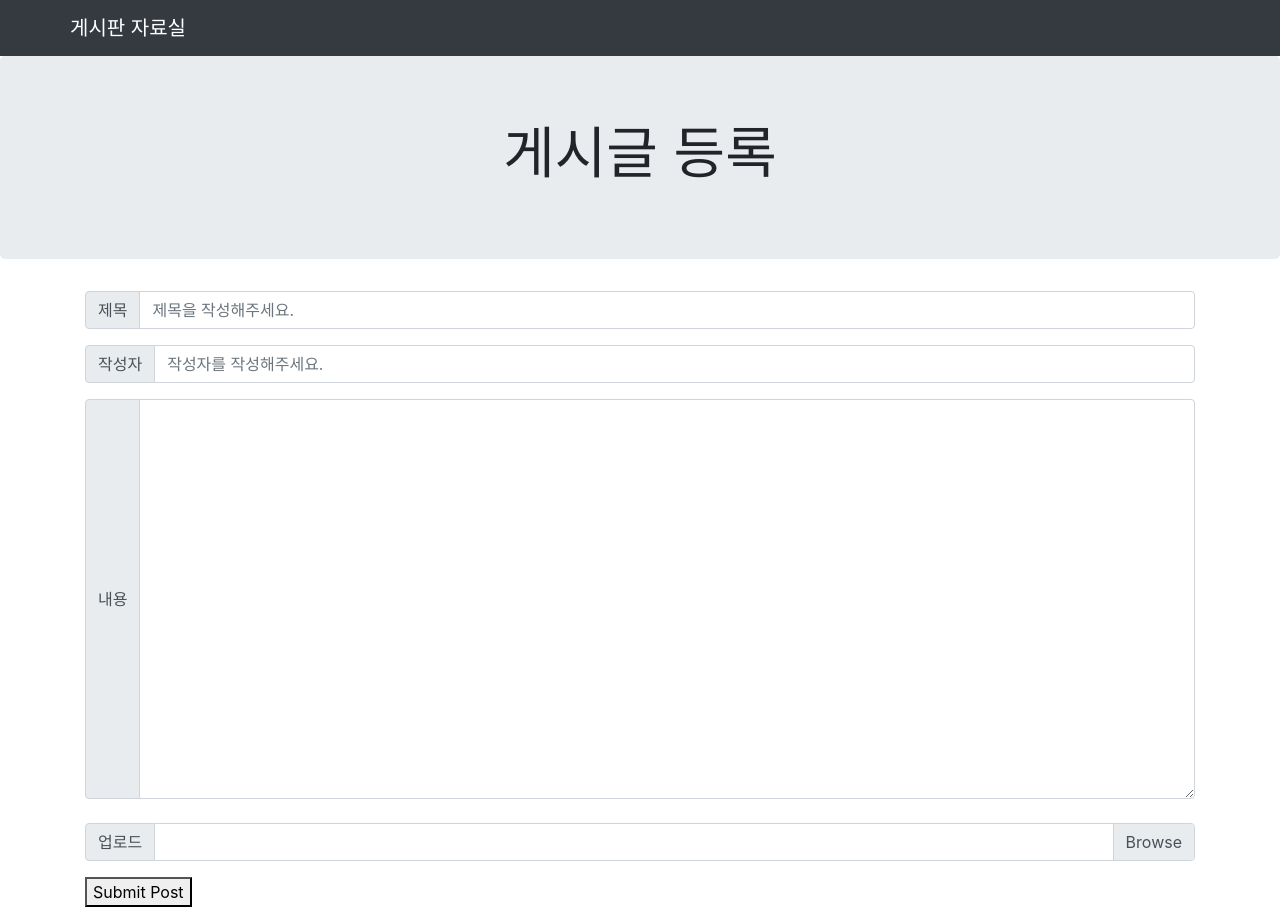
Repository: LeeKukJu/JSP-Study
Page: http://localhost/JSPBook/ch11/totaltest/boardForm.jsp
These files come from the project's save history. The page is drawn as it stood at one moment and after the next save; the edit follows.
The browser window is 1280 px wide. The pictures show the whole page.
The page is served by Tomcat 9. Nobody is signed in. The application's start-up code is not run.

Above is the page before, as saved 2023-02-04 02:37:01.

After the next save:
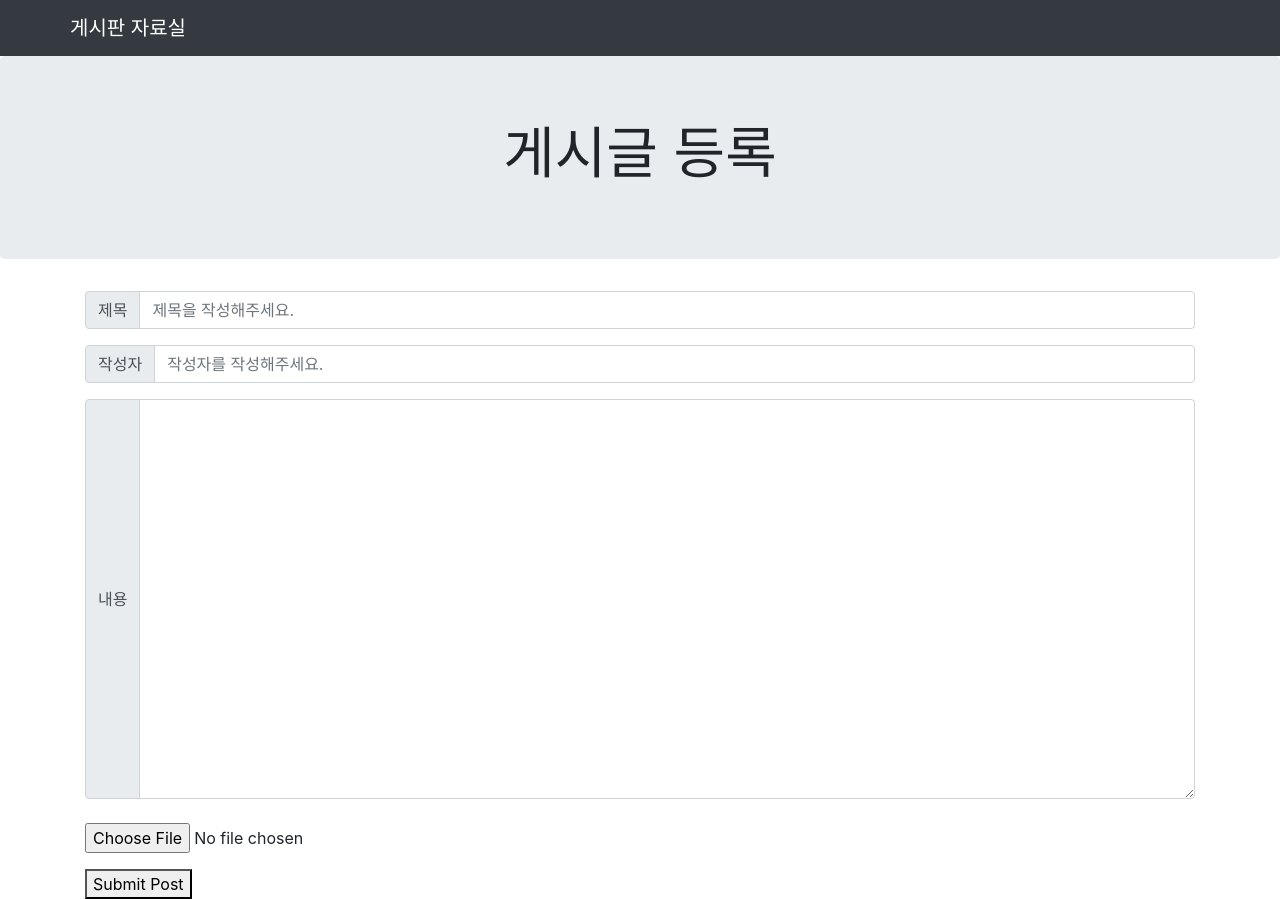
Saved 5 min 28 s later.
--- a/JSPBook/WebContent/ch11/totaltest/boardForm.jsp
+++ b/JSPBook/WebContent/ch11/totaltest/boardForm.jsp
@@ -75,13 +75,7 @@
 
 			<!-- 파일 업로드 -->
 			<div class="input-group mb-3">
-				<div class="input-group-prepend">
-					<span class="input-group-text">업로드</span>
-				</div>
-				<div class="custom-file">
-					<input type="file"  name="filename" id="inputGroupFile01">
-					<label class="custom-file-label" for="inputGroupFile01"></label>
-				</div>
+				<input type="file" name="filename">
 			</div>
 
 			<!-- Submit Button -->
